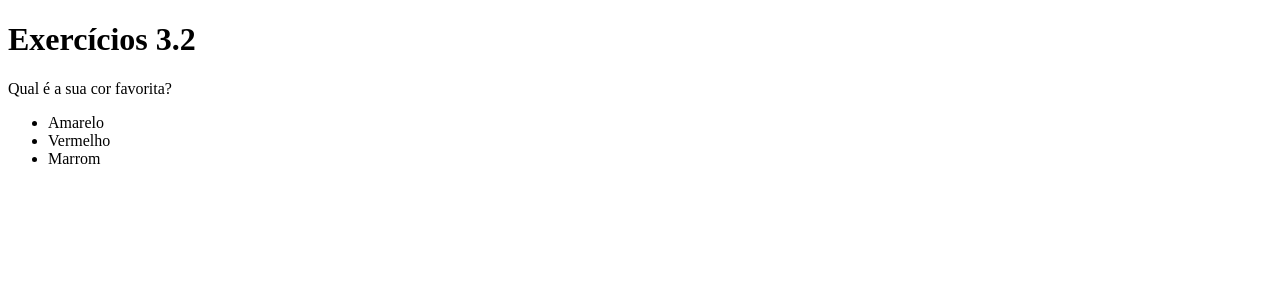
Repository: Hugobrr/trybe-exercises
Page: exercises/3_bloco/2_dia/parte 1 .html
These files come from the project's save history. The page is drawn as it stood at one moment and after the next save; the edit follows.
The browser window is 1280 px wide. The pictures show the whole page.

Above is the page before, as saved 2020-10-19 15:13:00.

After the next save:
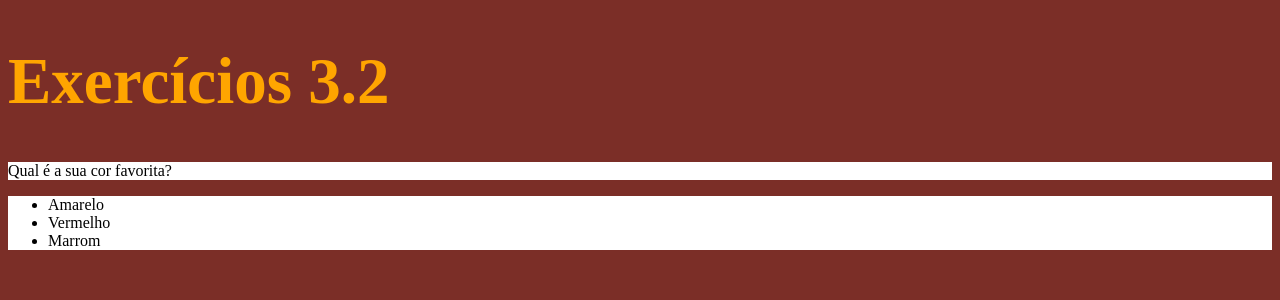
Saved 3 min 54 s later.
--- a/exercises/3_bloco/2_dia/parte 1 .html
+++ b/exercises/3_bloco/2_dia/parte 1 .html
@@ -4,15 +4,22 @@
     <meta charset="UTF-8">
     <title>HTML</title>
     <style>
-        hi{
+        h1{
             font-size: 65px;
+            color: orange;
+        }
+        body{
+            background-color: rgb(123,46,39);
+        }
+        .modifica_fundo{
+            background-color: white;
         }
     </style>
   </head>
   <body>
     <h1>Exercícios 3.2</h1>
-    <p>Qual é a sua cor favorita?</p>
-    <ul>
+    <p class="modifica_fundo">Qual é a sua cor favorita?</p>
+    <ul class="modifica_fundo">
       <li>Amarelo</li>
       <li>Vermelho</li>
       <li>Marrom</li>
